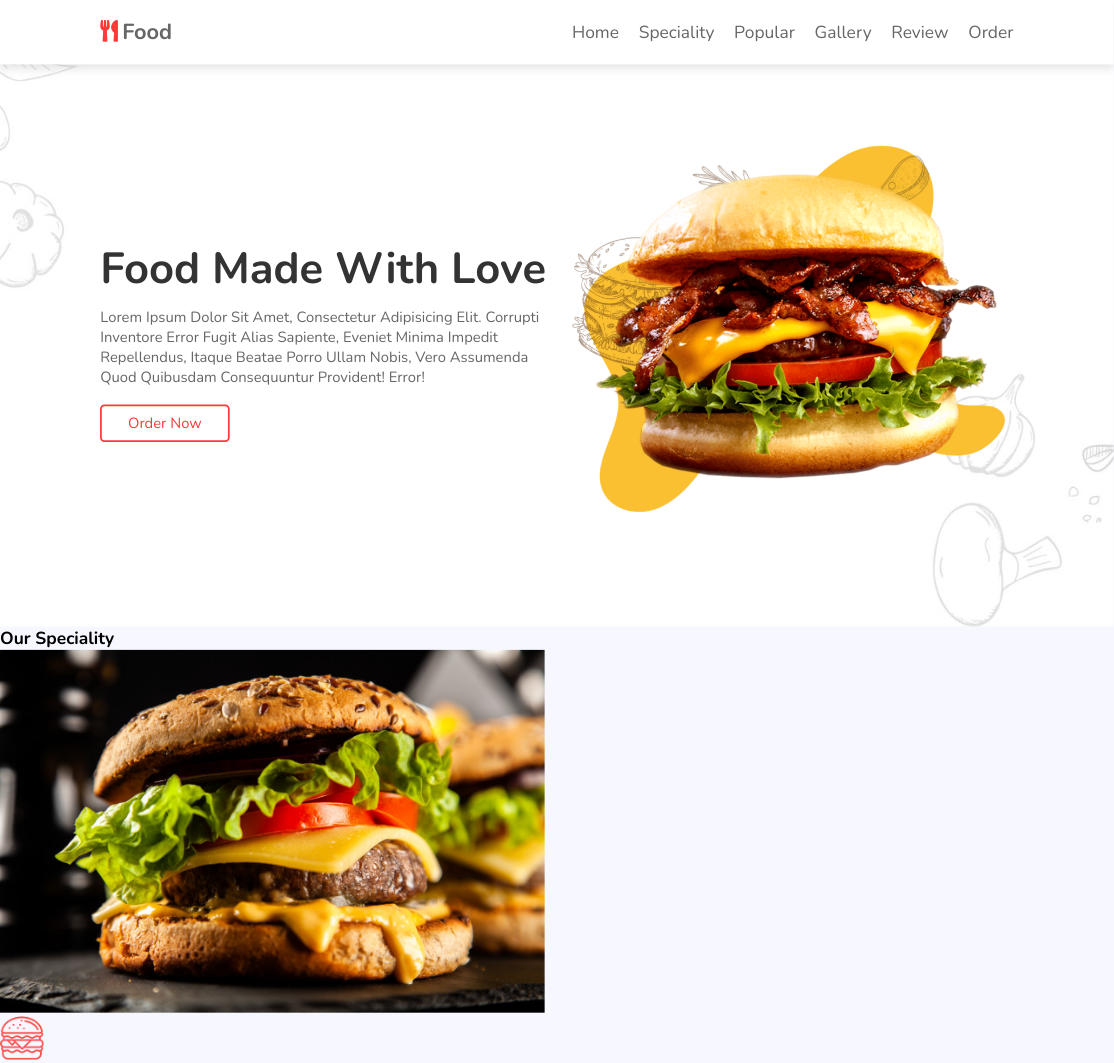
Repository: ManhTanVN/food
Page: index.html
The author's editor kept a copy of each file at every save. The page is drawn from the files as they stood at one save, then again after the next save.
The browser window is 1280 px wide. The pictures show the whole page, at 87% of full size.
The style sheet was rebuilt from its Sass, Less or Tailwind sources for each picture, by a compiler version that may differ from the author's.

Above is the page before, as saved 2021-08-29 15:31:27.

### index.html
<!DOCTYPE html>
<html lang="en">
<head>
    <meta charset="UTF-8">
    <meta http-equiv="X-UA-Compatible" content="IE=edge">
    <meta name="viewport" content="width=device-width, initial-scale=1.0">
    <title>Document</title>
    <!-- font awe-some CDN -->
    <link rel="stylesheet" href="https://cdnjs.cloudflare.com/ajax/libs/font-awesome/5.15.4/css/all.min.css">

    <!-- custom css -->
    <link rel="stylesheet" href="./assets/css/style.css">
</head>
<body>
    <!-- header section start -->
    <header>
        <a href="#" class="logo"><i class="fas fa-utensils"></i>food</a>
        <div id="menu-bar" class="fas fa-bars"></div>
        <nav class="navbar">
            <a href="#home">home</a>
            <a href="#speciality">speciality</a>
            <a href="#popular">popular</a>
            <a href="#gallery">gallery</a>
            <a href="#review">review</a>
            <a href="#order">order</a>
        </nav>
    </header>
    <!-- header section end -->

    <!-- home section starts -->
    <section class="home" id="home">
        <div class="home__content">
            <h3>food made with love</h3>
            <p>Lorem ipsum dolor sit amet, consectetur adipisicing elit. Corrupti inventore error fugit alias sapiente, eveniet minima impedit repellendus, itaque beatae porro ullam nobis, vero assumenda quod quibusdam consequuntur provident! Error!</p>
            <a href="#" class="btn">order now</a>
        </div>
        <div class="home__image">
            <img src="./assets/images/home-img.png" alt="">
        </div>


    </section>
    <!-- home section ends -->

    <!-- speciality section starts -->
    <div class="speciality" id="speciality">
        <h1 class="speciality__heading">our <span>speciality</span></h1>
        <div class="speciality__box-container">
            <div class="speciality__box">
                <img src="./assets/images/s-img-1.jpg" alt="">
                <div class="speciality__box-content">
                    <img src="./assets/images/s-1.png" alt="">
                </div>
            </div>
        </div>
    </div>
    <!-- speciality section ends -->

<!-- custom js -->
<script src="./assets/js/main.js"></script>
</body>
</html>

### assets/js/main.js
let menu = document.querySelector("#menu-bar");
let navbar = document.querySelector(".navbar");

menu.onclick = () =>{
    menu.classList.toggle('fa-times');
    navbar.classList.toggle('active');
}

// window.onscroll = () => {
//     menu.classList.remove('fa-times');
//     navbar.classList.remove('active');
// }

### sass/style.scss
@import url('https://fonts.googleapis.com/css2?family=Nunito:wght@200;300;400;600;700&display=swap');
@import './mixin';
@import './variables';
@import './animation';
@import './base';
@import './header';
@import './menu-bar';
@import './home';
@import './btn';

@import './_media';

### sass/_mixin.scss
@mixin responsive($breakpoint) {
    @if $breakpoint == tablet {
        @media (max-width:991px) {@content}
    };

    @if $breakpoint == phone {
        @media (max-width: 768px) {@content}
    };

    @if $breakpoint == small {
        @media (max-width: 400px) {@content}
    };
}

### sass/_variables.scss
$color-red: #ff3838;

### sass/_animation.scss
@keyframes float {
    0%, 100% {
        transform: translateY(0rem)
    };

    50% {
        transform: translateY(03rem)
    }
}

### sass/_base.scss
* {
    font-family: 'Nunito', sans-serif;
    padding: 0; margin: 0;
    box-sizing: border-box;
    border: 0; outline: none;
    text-transform: capitalize;
    text-decoration: none;
    transition: all .2s linear;
}

*::selection {
    background: $color-red;
    color: #fff;
}

html {
    font-size: 62.5%;
    overflow-x: hidden;
    scroll-behavior: smooth;
    scroll-padding-top: 6rem;
    @include responsive (tablet) {
        font-size: 55%;
    }

    @include responsive (small) {
        font-size: 50%;

    }
}

body {
    background: #f7f7ff;
}

section {
    padding: 2rem 9%;
    @include responsive (tablet){
        padding: 2rem;
    }
}

### sass/_header.scss
header {
    position: fixed;
    top: 0;
    left: 0;
    right: 0;
    z-index: 9999;
    background: #fff;
    padding: 2rem 9%;
    box-shadow: 0 0.5rem 1rem rgba(0,0,0,.1);
    display: flex;
    justify-content: space-between;
    align-items: center;
    @include responsive (tablet) {
        padding: 2rem;
    }

}
header .logo {
    font-size: 2.5rem;
    font-weight: bold;
    color: #666;
}
header .logo i {
    padding-right: .5rem;
    color: $color-red;
}
header .navbar a {
    font-size: 2rem;
    margin-left: 2rem;
    color: #666;

    @include responsive (phone) {
        margin: 1.5rem;
        padding: 1.5rem;
        display: block;
        border: .2rem solid rgba(0,0,0,.1);
        border-left: .5rem solid $color-red;
        background: #fff;
    }
}

header .navbar a:hover {
    color: $color-red;
}

header .navbar {
    @include responsive (phone) {
        position: absolute;
        top: 100%;
        right: 0;
        left: 0;
        background: #f7f7f7;
        border-top: .1rem solid rgba(0,0,0,.1);
        clip-path: polygon(0 0, 100% 0 , 100% 0 , 0 0);
        // -webkit-clip-path :(0 0, 100% 0 , 100% 0 , 0 0);
    }
}
header .navbar.active {
    @include responsive (phone) {
        clip-path: polygon(0 0, 100% 0 , 100% 100% , 0 100%);

    }
}

### sass/_menu-bar.scss
#menu-bar {
    font-size: 3rem;
    cursor: pointer;
    color: #666;
    border: .1rem solid #666;
    border-radius: .3rem;
    padding: .5rem 1.5rem;
    display: none;

    @include responsive (phone) {
        display: initial;
    }

}

### sass/_home.scss
.home {
    display: flex;
    flex-wrap: wrap;
    gap: 1.5rem;
    min-height: 100vh;
    align-items: center;
    background: url(../assets/images/home-bg.jpg) no-repeat;
    // background: url(../assets/images/pic1.png);
    // background: gold;
    background-size: cover;
    background-position: center;

    &__content{
        flex: 1 1 40rem;
        padding-top: 6.5rem;

        & h3{
            font-size: 5rem;
            color: #333;
        }
        & p{
            font-size: 1.7rem;
            color: #666;
            padding: 1rem 0;
        }
    }
    &__image {
        flex: 1 1 40rem;

    }
    &__image img {
        width: 100%;
        padding: 1rem;
        animation: float 3s linear infinite;
    }
}

### sass/_btn.scss
.btn {
    display: inline-block;
    padding: .8rem 3rem;
    border: .2rem solid $color-red;
    color: $color-red;
    cursor: pointer;
    font-size: 1.7rem;
    border-radius: .5rem;
    position: relative;
    overflow: hidden;
    z-index: 0;
    margin-top: 1rem;
    &::after {
        content: "";
        position: absolute;
        top: 0;
        right: 0;
        width: 0;
        height: 100%;
        background: $color-red;
        transition: .2s linear;
        z-index: -1;
    }

    &:hover::after {
        width: 100%;
        left: 0;;
    }
    &:hover {
        color: #fff;
    }
}

### sass/__media.scss
@media (max-width: 991px) {
    html {
    }
    header {

    }
}

@media (max-width: 768px) {


    .menu-bar {

    }
}

After the next save:
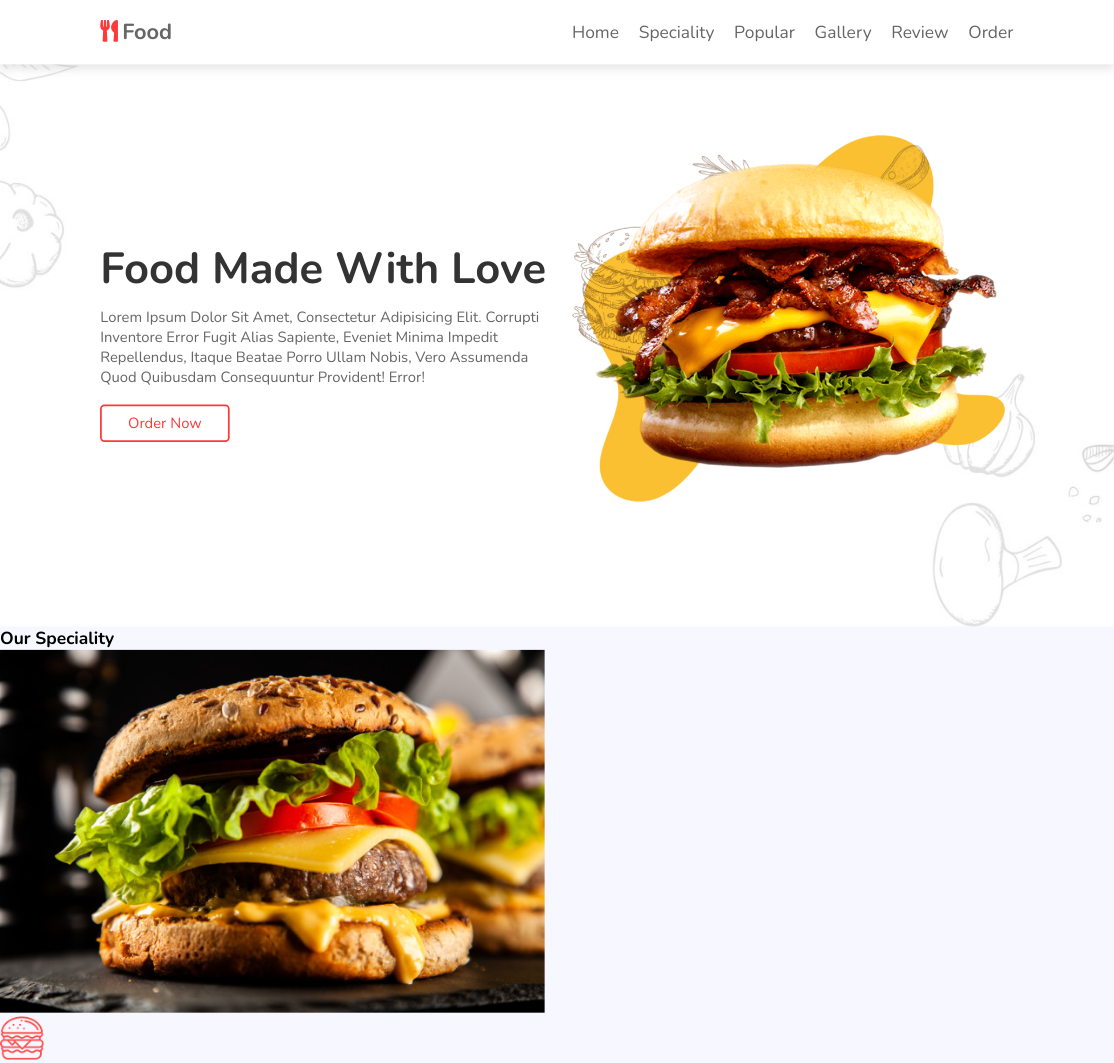
Saved 20 s later.
--- a/assets/js/main.js
+++ b/assets/js/main.js
@@ -6,7 +6,7 @@ menu.onclick = () =>{
     navbar.classList.toggle('active');
 }
 
-// window.onscroll = () => {
-//     menu.classList.remove('fa-times');
-//     navbar.classList.remove('active');
-// }
+window.onscroll = () => {
+    menu.classList.remove('fa-times');
+    navbar.classList.remove('active');
+}
